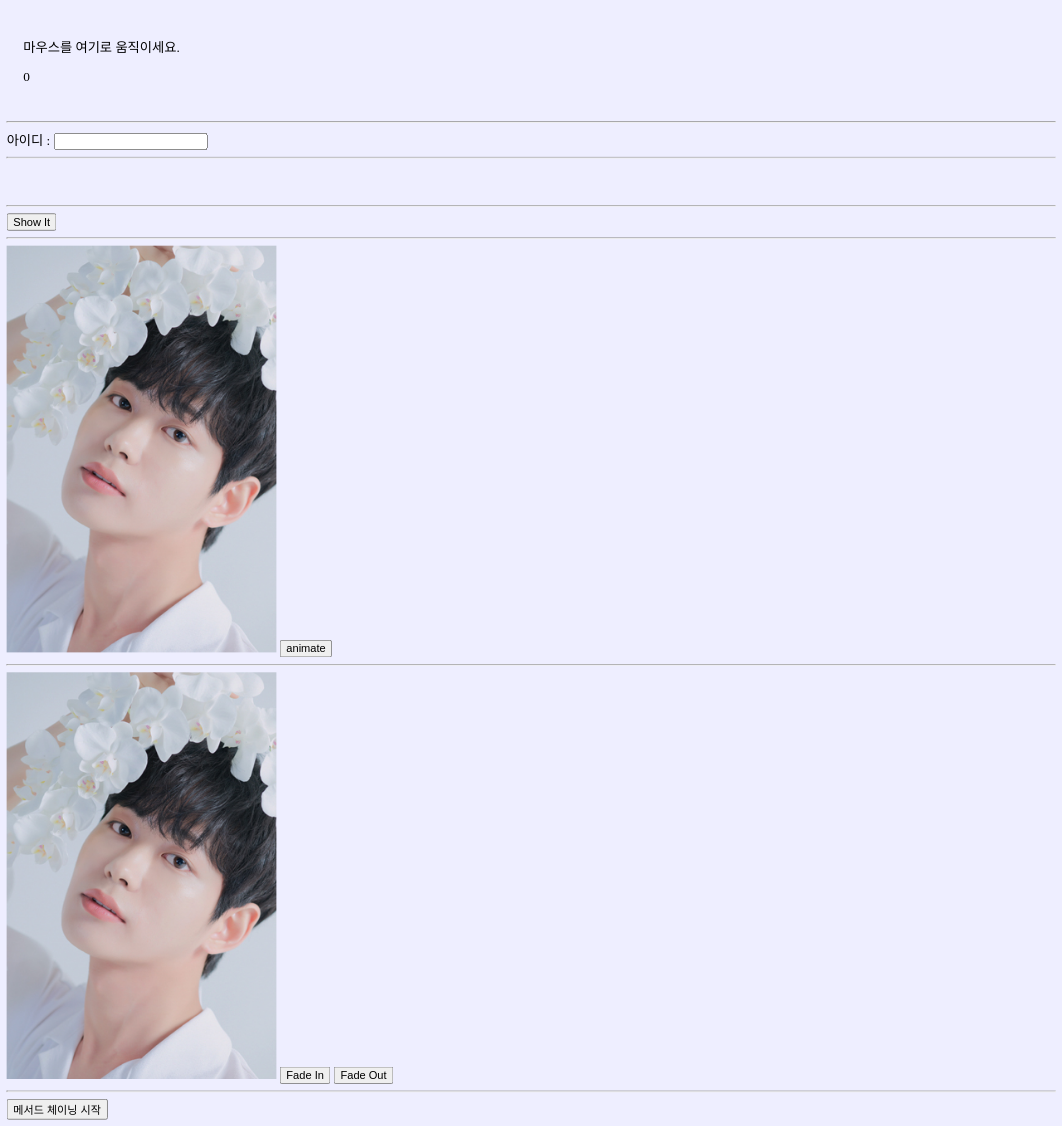
Repository: gpqls12321/public
Page: javascript_jquery/WebContent/jQuery_ex02.html
These files come from the project's save history. The page is drawn as it stood at one moment and after the next save; the edit follows.
The browser window is 1280 px wide. The pictures show the whole page, at 83% of full size.

Above is the page before, as saved 2021-04-15 04:24:04.

After the next save:
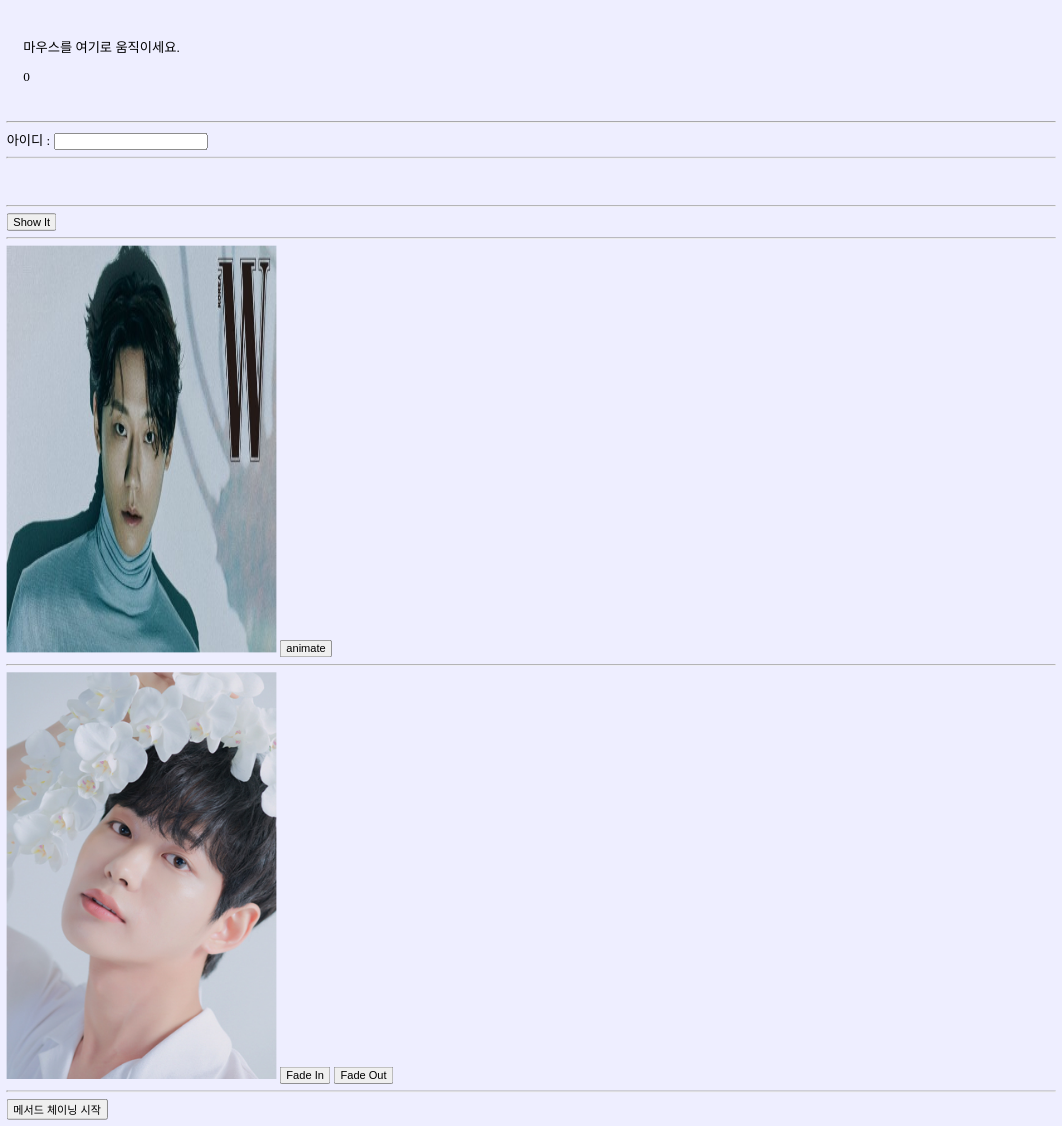
Saved 59 s later.
--- a/javascript_jquery/WebContent/jQuery_ex02.html
+++ b/javascript_jquery/WebContent/jQuery_ex02.html
@@ -76,7 +76,7 @@
 	<button>Show It</button>
 	<img id="lee" alt="이세진" src="images/이세진.jpg" style="display: none;" width="325px;" height="490px;">
 	<hr>
-	<img id="ani_lee" alt="이세진" src="images/이세진.jpg" style="position: relative;" width="325px;" height="490px;">
+	<img id="ani_lee" alt="이도현" src="images/이도현01.jpg" style="position: relative;" width="325px;" height="490px;">
 	<button id="animate">animate</button>
 	<hr>
 	<img id="fade_lee" alt="이세진" src="images/이세진.jpg" width="325px;" height="490px;">
